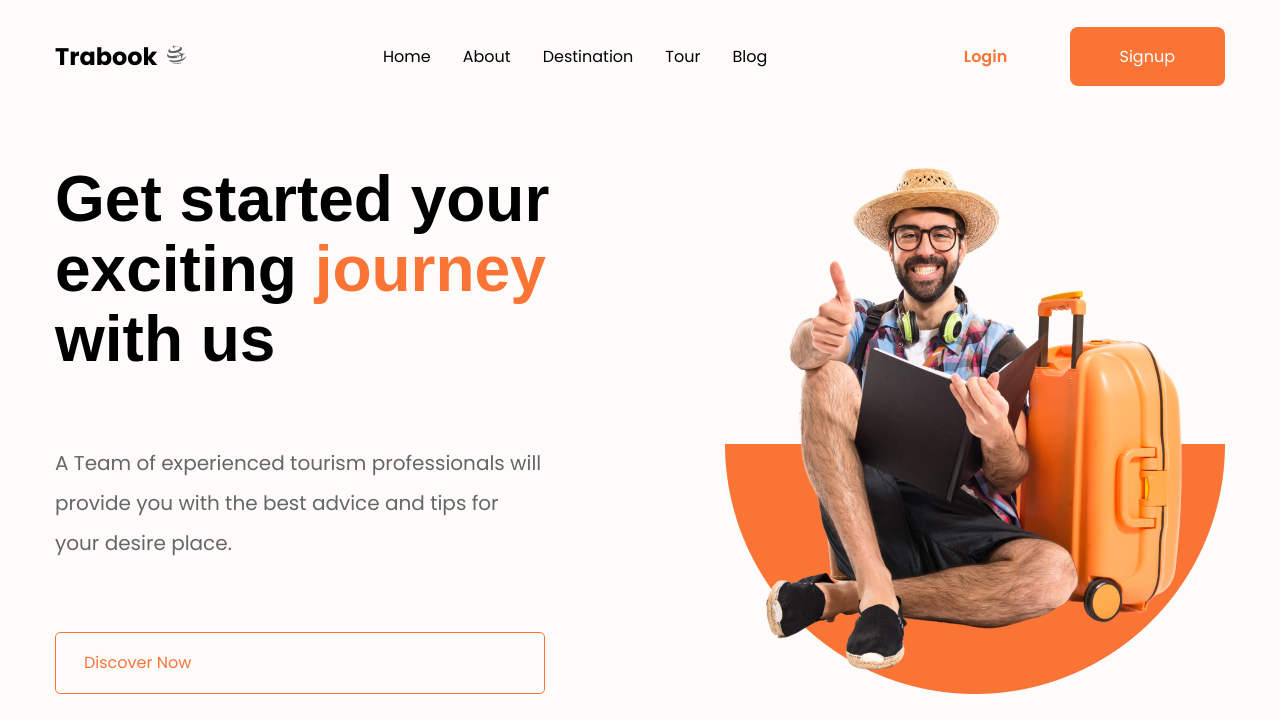
Repository: phobo99/phobo99.github.io
Page: Trabook/index.html
An editor plug-in stored every save of this project. The page is shown before and after the next save, followed by the edit.
The browser window is 1280 px wide. The pictures show the whole page.
Some web fonts or font styles are not loaded; a fallback is used. Some web libraries are served in a nearby version. The style sheet was rebuilt from its Sass, Less or Tailwind sources for each picture, by a compiler version that may differ from the author's.

Above is the page before, as saved 2022-06-18 22:35:38.

### Trabook/index.html
<!DOCTYPE html>
<html lang="en">

<head>
    <meta charset="UTF-8">
    <meta http-equiv="X-UA-Compatible" content="IE=edge">
    <meta name="viewport" content="width=device-width, initial-scale=1.0">
    <title>Responsive</title>
    <link
        href="https://fonts.googleapis.com/css2?family=Poppins:wght@300;400;500;600;700&family=Volkhov:wght@400;700&display=swap"
        rel="stylesheet">
    <link rel="stylesheet" href="https://cdnjs.cloudflare.com/ajax/libs/font-awesome/6.1.1/css/all.min.css"
        integrity="sha512-KfkfwYDsLkIlwQp6LFnl8zNdLGxu9YAA1QvwINks4PhcElQSvqcyVLLD9aMhXd13uQjoXtEKNosOWaZqXgel0g=="
        crossorigin="anonymous" referrerpolicy="no-referrer" />

    <link rel="stylesheet" href="reset.css">
    <link rel="stylesheet" href="style.css">
</head>

<body>
    <div class="container-fluid">
        <header class="header container">
            <div class="nav-bar">
                <div class="logo">
                    <span class="text-logo">Trabook</span>
                    <svg width="19" height="19" viewBox="0 0 19 19" fill="none" xmlns="http://www.w3.org/2000/svg">
                        <path
                            d="M1.64111 4.96058C1.79426 4.76583 1.99595 4.50221 2.15747 4.31379C2.6412 3.79446 2.70397 3.72638 3.14417 3.34242C3.27473 3.24108 3.42956 3.11917 3.58103 3.00437C2.46378 3.89896 2.32151 4.88933 3.3467 5.50129C3.34503 5.50129 3.34503 5.50129 3.34503 5.50287C4.77863 6.31987 7.92034 6.14333 10.3992 5.09675C12.8003 4.08342 13.6865 2.63388 12.5015 1.77254C11.4612 1.58808 10.221 1.56671 8.90871 1.73296L8.7723 1.52L8.88528 1.16692C9.6569 1.10121 10.39 1.11704 11.0227 1.21917C11.1759 1.24371 11.3776 1.28567 11.5282 1.31575C11.8194 1.38304 11.9776 1.42342 12.1676 1.48121C12.3617 1.53583 12.5274 1.59046 12.8162 1.69179C13.099 1.79708 13.2212 1.84458 13.448 1.95146C13.702 2.06108 13.9488 2.18506 14.187 2.32275C16.0751 3.44612 14.9009 5.49575 11.5692 6.90017C8.24673 8.29983 4.01287 8.51992 2.11563 7.41C2.11479 7.40842 2.11228 7.40683 2.10726 7.40525H2.11061C1.07453 6.78458 0.965735 5.88367 1.64111 4.96058ZM10.2854 12.8139L10.2586 11.552L9.31042 10.5545C6.17792 11.2258 3.09898 11.0817 1.38669 10.1278C1.38084 10.1215 1.36661 10.1151 1.36075 10.1088C0.391624 9.54433 0.152272 8.816 0.225082 8.02433C-0.00171646 9.18254 -0.0201282 9.60054 0.0125108 10.5917C0.0526817 11.2124 0.431795 11.7847 1.19421 12.236L1.20007 12.2423C3.02533 13.3158 6.82819 13.5486 10.2854 12.8139ZM14.2397 14.2587C9.81842 15.9362 4.28486 16.0352 1.8813 14.4827C2.14087 15.0828 2.49406 15.6427 2.92909 16.1437C5.13515 17.5687 10.2143 17.4776 14.2707 15.9378C16.645 15.0377 18.143 13.8399 18.5364 12.7173L18.6468 12.3793C18.9088 11.5227 18.9582 10.8094 19 10.1745C18.9523 11.5528 17.2358 13.1203 14.2397 14.2587ZM4.47986 17.4895C4.61878 17.6146 5.05564 18.122 7.26923 18.6825C7.86761 18.8076 9.37402 19.209 12.1567 18.6255L12.1734 18.3857L11.9533 18.0595C9.37151 18.6374 6.50347 18.4442 4.47986 17.4895ZM10.8687 7.50737L13.2196 9.19283C13.2196 9.19283 13.7225 9.53563 13.248 9.77629C12.7752 10.0146 11.5608 10.598 11.5608 10.598L10.3616 10.1745L9.75983 10.4278L10.821 11.2995L10.8294 12.6556L11.4529 12.3935L11.8663 11.248C11.8663 11.248 13.1359 10.7857 13.6397 10.6115C14.146 10.4413 14.0782 11.024 14.0782 11.024L13.8288 13.8035L14.6573 13.4552L16.0215 9.70504C16.0215 9.70504 16.7446 9.37254 17.2534 9.08042C17.7614 8.78829 17.9355 8.30379 17.9355 8.30379C17.9355 8.30379 17.44 8.10192 16.8693 8.26421C16.2985 8.42492 15.5545 8.7115 15.5545 8.7115L11.6947 7.16062L10.8687 7.50737ZM5.89505 2.17471L7.49101 3.37725L7.92703 3.3155L7.05833 2.23646C7.05833 2.23646 6.8692 2.01321 7.12361 1.96017C7.3797 1.90633 8.02746 1.78125 8.02746 1.78125L8.51453 2.14937L8.8426 2.10346L8.47101 1.54454L8.66685 0.924667L8.34966 0.968208L7.9739 1.44004C7.9739 1.44004 7.31443 1.49862 7.05499 1.51921C6.79388 1.53821 6.90602 1.273 6.90602 1.273L7.40648 0L6.96795 0.0609583L5.81303 1.65142C5.81303 1.65142 5.42806 1.71792 5.14938 1.79313C4.86985 1.86754 4.72256 2.07179 4.72256 2.07179C4.72256 2.07179 4.9276 2.22854 5.21633 2.223C5.50757 2.21746 5.89505 2.17471 5.89505 2.17471ZM13.7828 17.6265L12.7501 17.1158L12.5124 17.1942L13.1242 17.712C13.1242 17.712 13.2547 17.8172 13.1175 17.8735C12.9802 17.9289 12.6304 18.065 12.6304 18.065L12.3417 17.9431L12.1701 18.0017L12.4103 18.244L12.3868 18.5978L12.5659 18.5392L12.6998 18.2519C12.6998 18.2519 13.0631 18.1497 13.2078 18.1133C13.3518 18.0761 13.3192 18.236 13.3192 18.236L13.1827 19L13.4213 18.9216L13.8891 17.9115C13.8891 17.9115 14.0958 17.8347 14.2439 17.7642C14.3921 17.6937 14.4506 17.5639 14.4506 17.5639C14.4506 17.5639 14.3192 17.4958 14.1569 17.5299C13.9937 17.5623 13.7828 17.6265 13.7828 17.6265Z"
                            fill="#666666" />
                    </svg>
                </div>
                <div class="menu-list">
                    <ul class="menu">
                        <li>Home</li>
                        <li>About</li>
                        <li>Destination</li>
                        <li>Tour</li>
                        <li>Blog</li>
                    </ul>
                </div>
                <div class="nav-login">
                    <span class="login">Login</span>
                    <span class="sign-up">Signup</span>
                </div>
            </div>
            <div class="content">
                <div class="content-left">
                    <h1 class="header-content">Get started your exciting <span class="text-org">journey</span> with us
                    </h1>
                    <span class="desc-content">A Team of experienced tourism professionals will provide you with the
                        best advice and tips for
                        your desire place. </span>
                    <div class="content-button">
                        Discover Now
                    </div>
                </div>
                <div class="content-right">
                    <img src="./img/people-01.png" alt="" class="img-people">
                </div>
            </div>
            <div class="search-bar">

            </div>
        </header>
    </div>
</body>

</html>

### Trabook/style.scss
$bg-color: #fefcfb;
$primary-color: #fa7436;
$header-color: #222;
$gray-color: #666666;

@mixin size($width, $height: $width) {
  width: $width;
  height: $height;
}
@mixin flexbox(
  $align: flex-start,
  $justify: flex-start,
  $flex-direction: row,
  $wrap: nowrap
) {
  display: flex;
  align-items: $align;
  justify-content: $justify;
  flex-direction: $flex-direction;
  flex-wrap: $wrap;
}
html {
  font-size: 62.5%;
}
* {
  box-sizing: border-box;
}
body {
  font-size: 1.6rem;
  font-family: "Poppins", sans-serif;
  font-weight: normal;
  background-color: #fefcfb;
}

a {
  text-decoration: none;
}

img {
  display: block;
  max-width: 100%;
}
h1 {
  font-family: "Volkhov", sans-serif;
  font-weight: 700;
  font-size: 64px;
  line-height: 70px;
}
.container-fluid {
  .container {
    max-width: 1170px;
    margin: 0 auto;
  }
  .text-org {
    color: $primary-color;
  }
  .header {
    .nav-bar {
      display: flex;
      @include size(100%, 114px);
      align-items: center;
      justify-content: space-between;
      .logo {
        display: flex;
        cursor: pointer;
        .text-logo {
          font-size: 24px;
          font-weight: bold;
          margin-right: 10px;
        }
      }
      .menu-list {
        .menu {
          @include flexbox(stretch, space-between);
          gap: 32px;
          li {
            cursor: pointer;
          }
        }
      }
      .nav-login {
        .login {
          font-size: 16px;
          font-weight: 600;
          color: $primary-color;
          cursor: pointer;
        }
        .sign-up {
          padding: 18px 50px;
          background-color: $primary-color;
          border-radius: 8px;
          color: white;
          margin-left: 58px;
          cursor: pointer;
          &:hover {
            opacity: 0.8;
            transition: all 0.2s linear;
          }
        }
      }
    }
    .content {
      @include size(100%, 530px);
      @include flexbox(stretch, space-between);
      margin-top: 50px;
      .content-left {
        @include flexbox(stretch, space-between, column);
        @include size(490px, auto);
        .header-content {
          width: 521px;
        }
        .desc-content {
          color: $gray-color;
          line-height: 2;
          font-size: 20px;
        }
        .content-button {
          width: auto;
          height: auto;
          padding: 22px 28px;
          border: 1px solid $primary-color;
          border-radius: 5px;
          color: $primary-color;
        }
      }
      .content-right {
      }
    }
    .search-bar {
    }
  }
}
@media screen and (min-width: 768px) {
}
@media screen and (max-width: 767px) {
}

Loaded but not shown: Trabook/reset.css (common file)

After the next save:
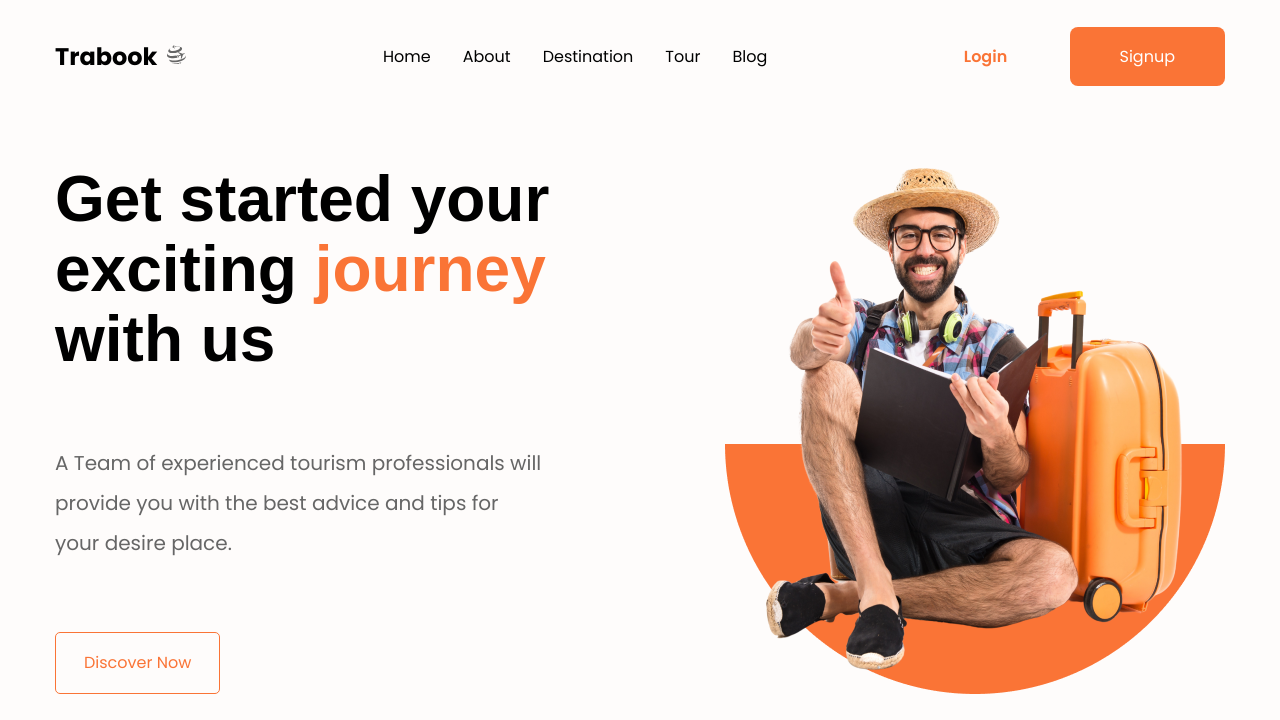
Saved 10 s later.
--- a/Trabook/style.scss
+++ b/Trabook/style.scss
@@ -115,8 +115,7 @@ h1 {
           font-size: 20px;
         }
         .content-button {
-          width: auto;
-          height: auto;
+          width: fit-content;
           padding: 22px 28px;
           border: 1px solid $primary-color;
           border-radius: 5px;
